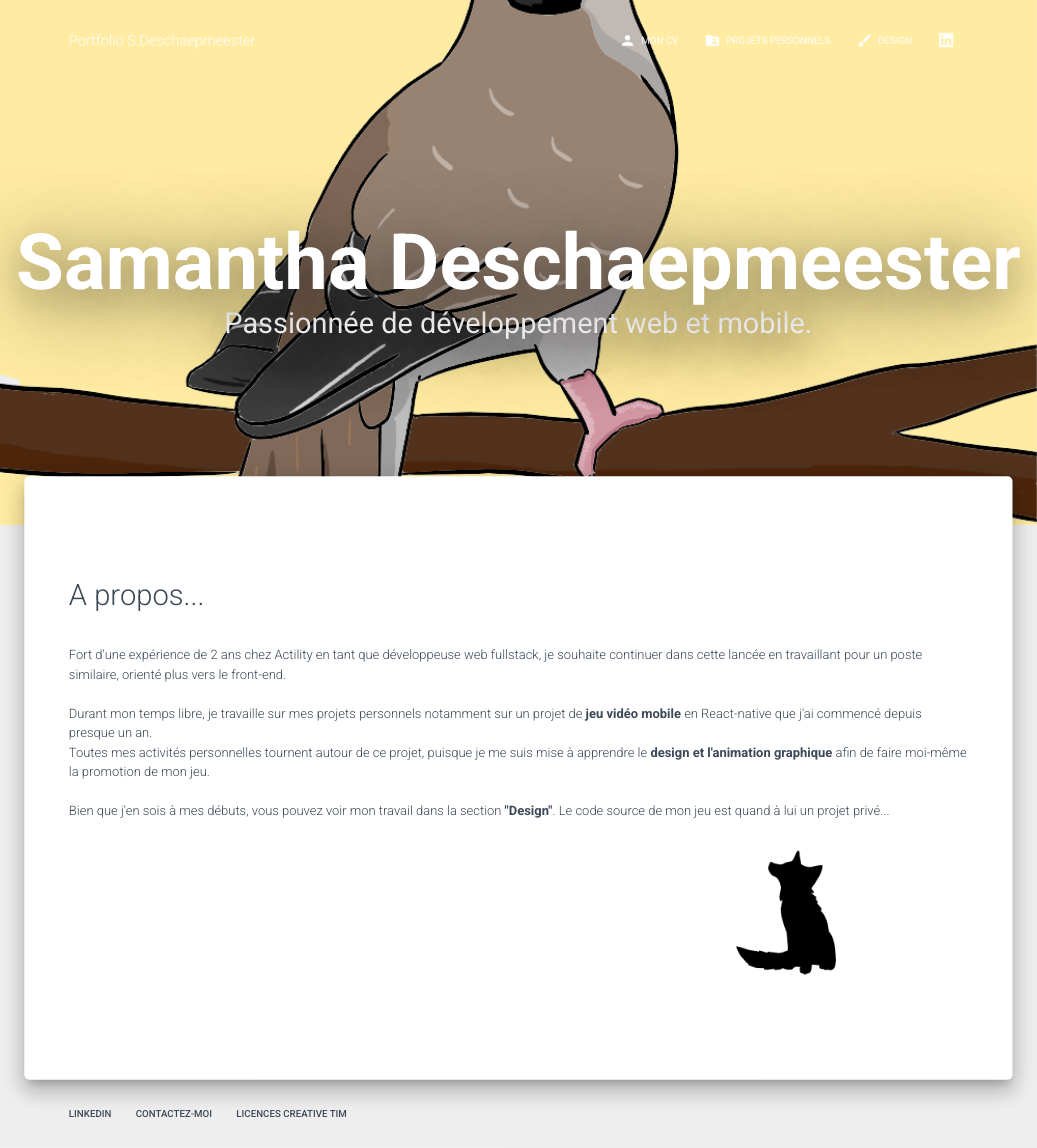
Repository: sdeschaepmeester/NewPortfolio
Page: /
An editor plug-in stored every save of this project. The page is shown before and after the next save, followed by the edit.
The browser window is 1280 px wide. The pictures show the whole page, at 81% of full size.
Some web libraries are served in a nearby version. The project was rebuilt for these pictures with package versions that can differ from the ones it lists, and the page was loaded fresh each time. Also part of the build but not shown: vue.config.js, src/views/components/NavigationSection.vue, src/views/components/SmallNavigationSection.vue, src/components/Dropdown.vue, src/components/Pagination.vue, src/components/Slider.vue, src/components/Badge.vue, src/components/cards/NavTabsCard.vue and 11 more.

Above is the page before, as saved 2022-06-19 23:23:40.

### src/views/Index.vue
<template>
  <div class="wrapper">
    <parallax class="page-header header-filter" :style="headerStyle">
      <div class="md-layout">
        <div class="md-layout-item">
          <div class="image-wrapper">
            <div class="brand">
              <h1>Samantha Deschaepmeester</h1>
              <h3>Passionnée de développement web et mobile.</h3>
            </div>
          </div>
        </div>
      </div>
    </parallax>
    <div class="main main-raised">
      <div class="section section-basic">
        <div class="container">
          <div class="title">
            <h2>A propos...</h2>
          </div>
          <a-propos/>
        </div>
      </div>
    </div>
  </div>
</template>

<script>
import APropos from "./components/APropos";
import Navigation from "./components/NavigationSection";
import SmallNavigation from "./components/SmallNavigationSection";
import Tabs from "./components/TabsSection";
import NavPills from "./components/NavPillsSection";
import Notifications from "./components/NotificationsSection";
import TypographyImages from "./components/TypographyImagesSection";
import JavascriptComponents from "./components/JavascriptComponentsSection";
import { LoginCard } from "@/components";

export default {
  components: {
    APropos,
  },
  name: "index",
  bodyClass: "index-page",
  props: {
    image: {
      type: String,
      default: require("@/assets/img/andrew.png")
    },
    leaf4: {
      type: String,
      default: require("@/assets/img/leaf4.png")
    },
    leaf3: {
      type: String,
      default: require("@/assets/img/leaf3.png")
    },
    leaf2: {
      type: String,
      default: require("@/assets/img/leaf2.png")
    },
    leaf1: {
      type: String,
      default: require("@/assets/img/leaf1.png")
    },
    signup: {
      type: String,
      default: require("@/assets/img/city.jpg")
    },
    landing: {
      type: String,
      default: require("@/assets/img/landing.jpg")
    },
    profile: {
      type: String,
      default: require("@/assets/img/profile.jpg")
    }
  },
  data() {
    return {
      firstname: null,
      email: null,
      password: null,
      leafShow: false
    };
  },
  methods: {
    leafActive() {
      if (window.innerWidth < 768) {
        this.leafShow = false;
      } else {
        this.leafShow = true;
      }
    }
  },
  computed: {
    headerStyle() {
      return {
        backgroundImage: `url(${this.image})`
      };
    },
    signupImage() {
      return {
        backgroundImage: `url(${this.signup})`
      };
    }
  },
  mounted() {
    this.leafActive();
    window.addEventListener("resize", this.leafActive);
  },
  beforeDestroy() {
    window.removeEventListener("resize", this.leafActive);
  }
};
</script>
<style lang="scss">
.section-download {
  .md-button + .md-button {
    margin-left: 5px;
  }
}

@media all and (min-width: 991px) {
  .btn-container {
    display: flex;
  }
}
</style>

### src/layout/MainFooter.vue
<template>
  <footer
    class="footer"
    :class="{ [`footer-${type}`]: type }"
    :data-background-color="backgroundColor"
  >
    <div class="container">
      <nav>
        <ul>
          <li>
            <a href="https://www.linkedin.com/in/samantha-deschaepmeester/">
              LinkedIn
            </a>
          </li>
          <li>
            <a href="mailto:deschaepmeester.samantha@gmail.com">
              Contactez-moi
            </a>
          </li>
          <li>
            <a href="https://www.creative-tim.com/license">
              Licences Creative Tim
            </a>
          </li>
        </ul>
      </nav>
    </div>
  </footer>
</template>
<script>
export default {
  props: {
    backgroundColor: String,
    type: String
  },
  data() {
    return {
      year: new Date().getFullYear()
    };
  }
};
</script>
<style></style>

### src/views/components/APropos.vue
<template>
  <div class="wrapper">
    Fort d'une expérience de 2 ans chez Actility en tant que développeuse web fullstack, je souhaite continuer dans cette lancée en
    travaillant pour un poste similaire, orienté plus vers le front-end.
    <br/><br/>
    Durant mon temps libre, je travaille sur mes projets personnels notamment sur un projet de <span style="font-weight:bold">jeu vidéo mobile</span> en React-native que j'ai
    commencé depuis presque un an.
    <br/>
    Toutes mes activités personnelles tournent autour de ce projet, puisque je me suis mise à apprendre le <span style="font-weight:bold">design et l'animation graphique</span>
    afin de faire moi-même la promotion de mon jeu.
    <br/><br/>
    Bien que j'en sois à mes débuts, vous pouvez voir mon travail dans la section <span style="font-weight:bold">"Design"</span>.
    Le code source de mon jeu est quand à lui un projet privé...
    <img src="../../assets/img/fox-silhouette.png" style="height: 250px; display:block; float:right" />
  </div>
</template>

<style lang="scss" scoped>
.vertical-center {
  display: flex;
  align-items: center;
}
.flex-column {
  display: flex;
  flex-direction: column;
}
.md-checkbox,
.md-radio {
  display: flex;
  margin: 0;
  margin-bottom: 0.5rem;
}
</style>

### src/assets/scss/material-kit/_typography.scss
body, h1, h2, h3, h4, h5, h6, .h1, .h2, .h3, .h4 {
  font-family: $font-family-sans-serif;
  font-weight: 300;
}

h1,h2,h3,.h1,.h2,.h3{
    margin-top: 20px;
    margin-bottom: 10px;
}

h4,h5,h6,.h4,.h5,.h6{
    margin-top: 10px;
    margin-bottom: 10px;
}

h1, .h1 {
    font-size: $font-size-h1;
    line-height: 1.15em;
}
h2, .h2{
    font-size: $font-size-h2;
    line-height: 1.5em;
}
h3, .h3{
    font-size: $font-size-h3;
    line-height: 1.4em;
}
h4, .h4{
    font-size: $font-size-h4;
    line-height: 1.5em;
}
h5, .h5 {
    font-size: $font-size-h5;
    line-height: 1.55em;
    margin-bottom: 15px;
}
h6, .h6{
    font-size: $font-size-h6;
    text-transform: uppercase;
    font-weight: $font-weight-bold;
}

p{
    font-size: $font-paragraph;
    margin: 0 0 10px;
}

h2.title{
    margin-bottom: $margin-base * 2;
}

.title,
.card-title,
.info-title,
.footer-brand,
.footer-big h5,
.footer-big h4,
.media .media-heading{
    font-weight: $font-weight-extra-bold;
    font-family: $font-family-serif;

    &,
    a{
        color: $black-color;
        text-decoration: none;
    }
}

.description,
.card-description,
.footer-big p{
    color: $gray-light;
}

.text-warning {
  color: $brand-warning !important;
}
.text-primary {
  color: $brand-primary !important;
}
.text-danger {
  color: $brand-danger !important;
}
.text-success {
  color: $brand-success !important;
}
.text-info {
  color: $brand-info !important;
}
.text-gray{
  color: $gray-color !important;
}
.text-muted {
  color: #6c757d!important;
}

### src/assets/scss/material-kit/_carousel.scss
.VueCarousel-pagination {
  position: absolute;
  bottom: 5px;
  margin-bottom: 15px;
}

.VueCarousel-wrapper {
  border-radius: $border-radius-large;
}

.VueCarousel-dot {
  width: 10px !important;
  height: 10px !important;
  padding: 0 !important;
  margin: 10px;
  border: 1px solid #fff;
  background: #FFF !important;
  box-shadow: 0 2px 2px 0 rgba(0,0,0,.14), 0 3px 1px -2px rgba(0,0,0,.12), 0 1px 5px 0 rgba(0,0,0,.2);
  border-radius: 2px !important;
  transition: all .3s linear;

  &:focus {
    outline: 0 !important;
  }
}

.VueCarousel-dot--active {
  margin-top: 10px;
  transform: scale(1.5);
  box-shadow: 0 4px 5px 0 rgba(0,0,0,.14), 0 1px 10px 0 rgba(0,0,0,.12), 0 2px 4px -1px rgba(0,0,0,.2);
}

.carousel-caption {
  position: absolute;
  bottom: 25px;
  left: 0;
  right: 0;
  text-align: center;
  padding-top: 20px;
  padding-bottom: 45px;

  &,
  .md-icon,
  .fa,
  .fab,
  .fas {
    color: $white-color !important;
  }
}

.VueCarousel-navigation-prev {
  left: 95px !important;

}

.VueCarousel-navigation-next {
  right: 95px !important;
}

.VueCarousel-navigation-prev i,
.VueCarousel-navigation-next i {
  font-size: 50px;
  color: $white-color !important;
  opacity: .5;

  &:hover {
    opacity: 1;
  }
}

.VueCarousel-slide {
  position: relative;
}

### src/assets/scss/material-kit/_autocomplete.scss
.md-menu-content:not(.md-select-menu) .md-menu-content-container .md-list {
  .md-list-item {
    margin: 0 .3125rem;

    &:not(:last-child) {
      margin-bottom: 5px;
    }

    .md-list-item-button {
      background-color: transparent;
      color: $gray-dark !important;
      border-radius: 3px;

      &:hover {
        background-color: $brand-primary !important;
        @include shadow-big-color($brand-primary);
        color: #FFF !important;
      }

      .md-list-item-content {
        min-height: 38px;
        font-size: 13px;

        span {
          top: auto;
          left: auto;
          right: 0;
          padding-left: 15px;
          padding-right: 15px;
        }
      }
    }
  }
}

### src/assets/scss/material-kit/_info-areas.scss
.info{
    max-width: 360px;
    margin: 0 auto;
    padding: 70px 0 30px;

    .icon{
        color: $gray-color;

        > i{
            font-size: 3.85rem !important;
            min-width: auto;
            width: auto;
            height: auto;
            vertical-align: unset;
        }
    }
    .info-title{
        color: $black-color;
        margin: 0.875rem * 2 0 0.875rem;
    }
    p{
        color: $gray-color;
    }
}

.info-horizontal{
    .icon{
        float: left;
        margin-top: 24px;
        margin-right: 10px;

        >i{
            font-size: $font-size-h2;
        }
    }
    .description{
        overflow: hidden;
    }

}

.icon {

  &.icon-primary i{
    color: $brand-primary !important;
    }
  &.icon-info i{
    color: $brand-info !important;
  }
  &.icon-success i{
    color: $brand-success !important;
  }
  &.icon-warning i{
    color: $brand-warning !important;
  }
  &.icon-danger i{
    color: $brand-danger !important;
  }
  &.icon-rose i{
    color: $brand-rose !important;
}
}

### src/assets/scss/material-kit/_badges.scss
.badge {
  display: inline-block;
  border-radius: $border-radius-label;
  padding: 5px 12px;
  text-transform: uppercase;
  font-size: 10px;
  color: $white-color;
  font-weight: 500;
  line-height: 1;
  text-align: center;
  white-space: nowrap;
  vertical-align: baseline;

  &:not(:last-child) {
    margin-right: 5px;
  }

  @include badge-color();
}


.badge-default[href]:hover,
.badge-default[href]:focus {
  background-color: darken($gray-light, 5%);
}

.badge-primary[href]:hover,
.badge-primary[href]:focus {
  background-color: darken($brand-primary, 5%);
}

.badge-info[href]:hover,
.badge-info[href]:focus {
  background-color: darken($brand-info, 5%);
}

.badge-success[href]:hover,
.badge-success[href]:focus {
  background-color: darken($brand-success, 5%);
}

.badge-warning[href]:hover,
.badge-warning[href]:focus {
  background-color: darken($brand-warning, 5%);
  color: $white-color;
}

.badge-danger[href]:hover,
.badge-danger[href]:focus {
  background-color: darken($brand-danger, 5%);
}
.badge-rose[href]:hover,
.badge-rose[href]:focus {
  background-color: darken($brand-rose, 5%);
}

### src/assets/scss/material-kit/_tables.scss
.md-table-cell-container{
  padding: 0;
  .md-table-cell:last-child &{
    padding-right: 0;
    text-align: right;
    display: flex;
  }
}
.md-table-head-container{
  height: auto;
  padding: 0;
}
.md-tabs-content table thead{
  display: none;
}

.md-tabs-container tbody .md-table-row:first-child td{
  border: 0;
}

.md-table-cell{
  padding: 12px 8px;
  font-size: $font-size-base;
}

.md-table-head-label{
  font-size: $font-size-h5;
  padding-left: 8px;
  font-weight: 300;
}

.md-table .md-table-row:hover .md-table-cell{
  background-color: transparent !important;
}

.md-table .md-table-row:hover{
  background: $table-bg-hover !important;
}

.md-card-plain .md-card-content > div .md-table .md-table-content,
.md-card-plain .md-card-content > div .md-table {
  background-color: transparent !important;
}

.md-table{
  &[table-header-color="orange"] .md-table-head{
    color: $brand-warning !important;
  }
  &[table-header-color="purple"] .md-table-head{
    color: $brand-primary !important;
  }
  &[table-header-color="blue"] .md-table-head{
    color: $brand-info !important;
  }
  &[table-header-color="red"] .md-table-head{
    color: $brand-danger !important;
  }
  &[table-header-color="green"] .md-table-head{
    color: $brand-success !important;
  }

  .md-table-row td{
    border-top-color: rgba(0,0,0,.06) !important;
  }
}

### src/assets/scss/material-kit/_headers.scss
.page-header{
    height: 100vh;
    background-position: center center;
    background-size: cover;
    margin: 0;
    padding: 0;
    border: 0;
    display: flex;
    align-items: center;
    justify-content: center;

    .carousel .carousel-indicators{
        bottom: 60px;
    }

    > .container{
        color: $white-color;
    }

    .title{
        color: $white-color;
    }

    &.header-small{
        height: 65vh;
        min-height: 65vh;
    }

    .iframe-container{
        iframe{
            width: 100%;
            box-shadow: 0 16px 38px -12px rgba(0, 0, 0, 0.56),
                        0 4px 25px 0px rgba(0, 0, 0, 0.12),
                        0 8px 10px -5px rgba(0, 0, 0, 0.2);
        }
    }
}

.header-filter{
    position: relative;

    &:before,
    &:after{
        position: absolute;
        z-index: 1;
        width: 100%;
        height: 100%;
        display: block;
        left: 0;
        top: 0;
        content: "";
    }

    .md-layout{
        z-index: 2;
        position: relative;
    }
}
.clear-filter::before {
  background: none;
}

.purple-filter:after{
  background: rgba(101, 47, 142, 0.64);
  background: linear-gradient(45deg, rgba(101, 47, 142, 0.88) 0%, rgba(125, 46, 185, 0.45) 100%);
  background: -moz-linear-gradient(135deg, rgba(101, 47, 142, 0.88) 0%, rgba(125, 46, 185, 0.45) 100%);
  background: -webkit-linear-gradient(135deg, rgba(101, 47, 142, 0.88) 0%, rgba(125, 46, 185, 0.45) 100%);
}

### src/assets/scss/material-kit/_checkboxes.scss
.md-checkbox{
  .md-checkbox-container{
    border: 1px solid rgba(0, 0, 0, .54);
    border-radius: 3px;

    .md-ripple{
      overflow: hidden;
    }
  }

  &.md-checked .md-checkbox-container{
    &:after{
      border-color: $brand-primary !important;
      top: 1px;
      left: 6px;
    }
  }

  .md-checkbox-label{
    font-weight: 400;
    font-size: .875rem;
    color: #aaa;
    padding-left: 10px;
  }

  &.md-theme-default.md-checked .md-checkbox-container{
    background-color: transparent !important;
    border-color: inherit;
  }

  &.md-theme-default.md-checked .md-ripple{
    color: inherit;
  }

  &.md-disabled .md-checkbox-label,
  &.md-disabled .md-checkbox-container{
    opacity: .26;
    border-color: rgba(0, 0, 0, .54) !important;
  }

  &.md-checked.md-disabled .md-checkbox-container{
    background-color: transparent !important;
    border-color: rgba(0, 0, 0, .54) !important;
    opacity: .26;

    &:after{
      border-color: rgba(0, 0, 0, .54) !important;
    }
  }
}

### src/assets/scss/material-kit/_togglebutton.scss
.md-switch .md-switch-thumb .md-ripple,
.md-switch .md-switch-thumb:before {
  overflow: hidden;
}

.md-switch {
  display: flex;
  margin: 0;

  .md-switch-label {
    color: rgba(0,0,0,.26);
    font-size: 14px;
    line-height: 1.42857;
    font-weight: 400;
    margin-bottom: .5rem;
  }

  .md-switch-container{
    background-color: rgba(80,80,80,.7) !important;
  }

  .md-switch-thumb {
    background-color: $white-color !important;
    border: 1px solid rgba(0,0,0,.54);
    box-shadow: 0 1px 3px 1px rgba(0,0,0,.4);

    .md-ripple .md-ripple-wave{
      background-color: rgba(0,0,0,.54) !important;
    }
  }

  &.md-checked {
    .md-switch-thumb {
      border: 1px solid $brand-primary;

      .md-ripple .md-ripple-wave{
        background-color: rgba(156,39,176,.7) !important;
      }
    }

    .md-switch-container {
      background-color: rgba(156,39,176,.7) !important;
    }
  }
}

### src/assets/scss/material-kit/_radios.scss
.md-radio{

  .md-radio-label{
    padding-left: 10px;
    color: #aaa;
    font-size: .875rem;
    font-weight: 400;
  }

  .md-radio-container{
    border: 1px solid rgba(0,0,0,.54) !important;
    width: 15px;
    min-width: 15px;
    height: 15px;
    top: 2px;
    transition: .2s !important;

    &:after{
      transform: scale3D(0,0,0);
      transition: .2s !important;
      right: 2px;
      bottom: 2px;
      top: 2px;
      left: 2px;
      border-radius: 100%;
    }

    .md-ripple{
      overflow: hidden;

      .md-ripple-wave{
        background-color: $brand-primary;
      }
    }
  }

  &.md-checked .md-radio-container{
    border-color: $brand-primary !important;

    &:after{
      background-color: $brand-primary !important;
    }
  }

  &.md-disabled .md-radio-label,
  &.md-disabled .md-radio-container{
    opacity: .26;
    border-color: rgba(0, 0, 0, .54) !important;
  }

  &.md-checked.md-disabled .md-radio-container{
    background-color: transparent !important;
    border-color: rgba(0, 0, 0, .54) !important;
    opacity: .26;

    &:after{
      background-color: rgba(0, 0, 0, .54) !important;
    }
  }
}

### src/assets/scss/material-kit/_footers.scss
footer{
    padding: $padding-base 0;

    nav,
    .copyright{
      display: inline-block;
    }

    ul{
    padding: 0;
    margin: 0;
    list-style: none;

        li{
            display: inline-block;

            a{
                color: inherit !important;
                padding: $padding-base;
                font-weight: $font-weight-bold;
                font-size: $mdb-btn-font-size-base;
                text-transform: uppercase;
                border-radius: $border-radius-base;
                text-decoration: none;
                position: relative;
                display: block;

                &:hover{
                    text-decoration: none;
                }
            }

          &:first-child a{
            margin-left: -15px;
          }
        }
    }

    .copyright{
        padding: 15px 0;
        margin: 0;
        .md-icon{
            font-size: 18px !important;
            color: inherit !important;
            width: auto !important;
            min-width: auto !important;

        }
    }
}

### src/assets/scss/material-kit/_tabs.scss
.md-tabs-navigation{
  @include shadow-big();
  margin: -50px -15px 0 -15px;
  border-radius: $border-radius-base;
  padding: $padding-base + 1 $padding-base $padding-base + 1 75px;
  background-color: $gray-color;
  overflow: auto;

  .md-icon-label .md-button-content{
    flex-direction: row;
  }

  & + .md-tabs-content{
    .md-checkbox.md-checked .md-checkbox-container:after{
      top: 0px;
      left: 5px;
    }
    .md-tab {
      text-align: center;
    }
  }

  .no-label & {
    padding-left: 15px;
  }


  .md-button,
  .md-button:hover,
  .md-button:focus,
  .md-button:active {
    background-color: transparent !important;
    box-shadow: none;
  }

  .md-active,
  .md-active:hover,
  .md-active:focus{
    background-color: rgba(255, 255, 255, 0.2) !important;
    box-shadow: none;
  }

  .md-button{
    height: auto;
    border-radius: 3px;
    font-weight: 500;
    line-height: 24px;
    text-transform: uppercase;
    font-size: 12px;

    &:not(:last-child){
      margin-right: 5px;
    }

    .md-tab-icon + .md-tab-label{
      margin-top: 0px;
      margin-left: 7px;
    }

    .md-ripple{
      padding: 10px 15px !important;
    }
  }
}

.md-tabs-indicator{
  display: none;
}

.md-nav-tabs-title{
  position: absolute;
  z-index: 9999;
  top: 6px;
  color: white;
  font-size: initial;
  margin-left: 15px;
}

.md-tab{
  padding: 15px 0 0 0;
}

.md-card-nav-tabs.md-card-plain {
  .md-content.md-theme-default {
    background-color: transparent;
  }
}

### src/components/Parallax.vue
<template>
  <div :style="styles">
    <slot></slot>
  </div>
</template>
<script>
function debounce(func, wait, immediate) {
  let timeout;
  return function() {
    const context = this,
      args = arguments;
    clearTimeout(timeout);
    timeout = setTimeout(() => {
      timeout = null;
      if (!immediate) func.apply(context, args);
    }, wait);
    if (immediate && !timeout) func.apply(context, args);
  };
}
export default {
  name: "parallax",
  data() {
    return {
      styles: {},
      debounceTimeout: 6
    };
  },
  methods: {
    handleScroll(scrollVal) {
      let oVal = scrollVal / 3;
      this.styles = {
        transform: `translate3d(0, ${oVal}px,0)`
      };
    },
    checkForParallax(scrollVal) {
      let fn = debounce(
        () => this.handleScroll(scrollVal),
        this.debounceTimeout
      );
      fn();
    }
  },
  mounted() {
    let self = this;
    window.addEventListener("scroll", function() {
      if (window.innerWidth > 991) {
        let scrollVal = this.scrollY;
        self.checkForParallax(scrollVal);
      }
    });
  }
};
</script>

Loaded but not shown: public/index.html (common file); src/main.js (common file); src/App.vue (common file); src/plugins/material-kit.js (common file); src/plugins/globalDirectives.js (common file); src/plugins/globalMixins.js (common file); src/plugins/globalComponents.js (common file); src/components/index.js (common file); src/layout/MobileMenu.vue (common file); src/assets/scss/material-kit/mixins/_transparency.scss (common file); src/assets/scss/material-kit/plugins/_perfect-scrollbar.scss (common file); src/assets/scss/material-kit/plugins/_plugin-nouislider.scss (common file); src/assets/scss/material-kit/_images.scss (common file); src/assets/scss/material-kit/_progress.scss (common file); src/assets/scss/material-kit/_layout.scss (common file); src/router.js (57 lines, source omitted); src/assets/scss/material-kit/_variables.scss (1135 lines, source omitted); src/assets/scss/material-kit/_cards.scss (546 lines, source omitted); src/assets/scss/material-kit/_colors.scss (339 lines, source omitted); src/assets/scss/material-kit/_mixins.scss (393 lines, source omitted); src/assets/scss/material-kit/_responsive.scss (460 lines, source omitted); src/layout/MainNavbar.vue (272 lines, source omitted); src/assets/scss/material-kit/_navbars.scss (404 lines, source omitted); src/assets/scss/material-kit/mixins/_vendor-prefixes.scss (176 lines, source omitted); src/assets/scss/material-kit/_inputs.scss (296 lines, source omitted); src/assets/scss/material-kit/_shadows.scss (148 lines, source omitted); src/assets/scss/material-kit/_buttons.scss (242 lines, source omitted); src/assets/scss/material-kit/_popups.scss (164 lines, source omitted); src/assets/scss/material-kit/_example-pages.scss (170 lines, source omitted); src/assets/scss/material-kit/_dropdown.scss (151 lines, source omitted); src/assets/scss/material-kit/_pagination.scss (125 lines, source omitted); src/assets/demo.css (206 lines, source omitted); src/assets/scss/material-kit/_pills.scss (117 lines, source omitted); src/assets/scss/material-kit/_misc.scss (160 lines, source omitted); src/assets/scss/material-kit/_alerts.scss (104 lines, source omitted); src/assets/scss/material-kit/_datepicker.scss (104 lines, source omitted); src/assets/scss/material-kit.scss (58 lines, source omitted); src/assets/scss/material-kit/_dialogs.scss (113 lines, source omitted)

After the next save:
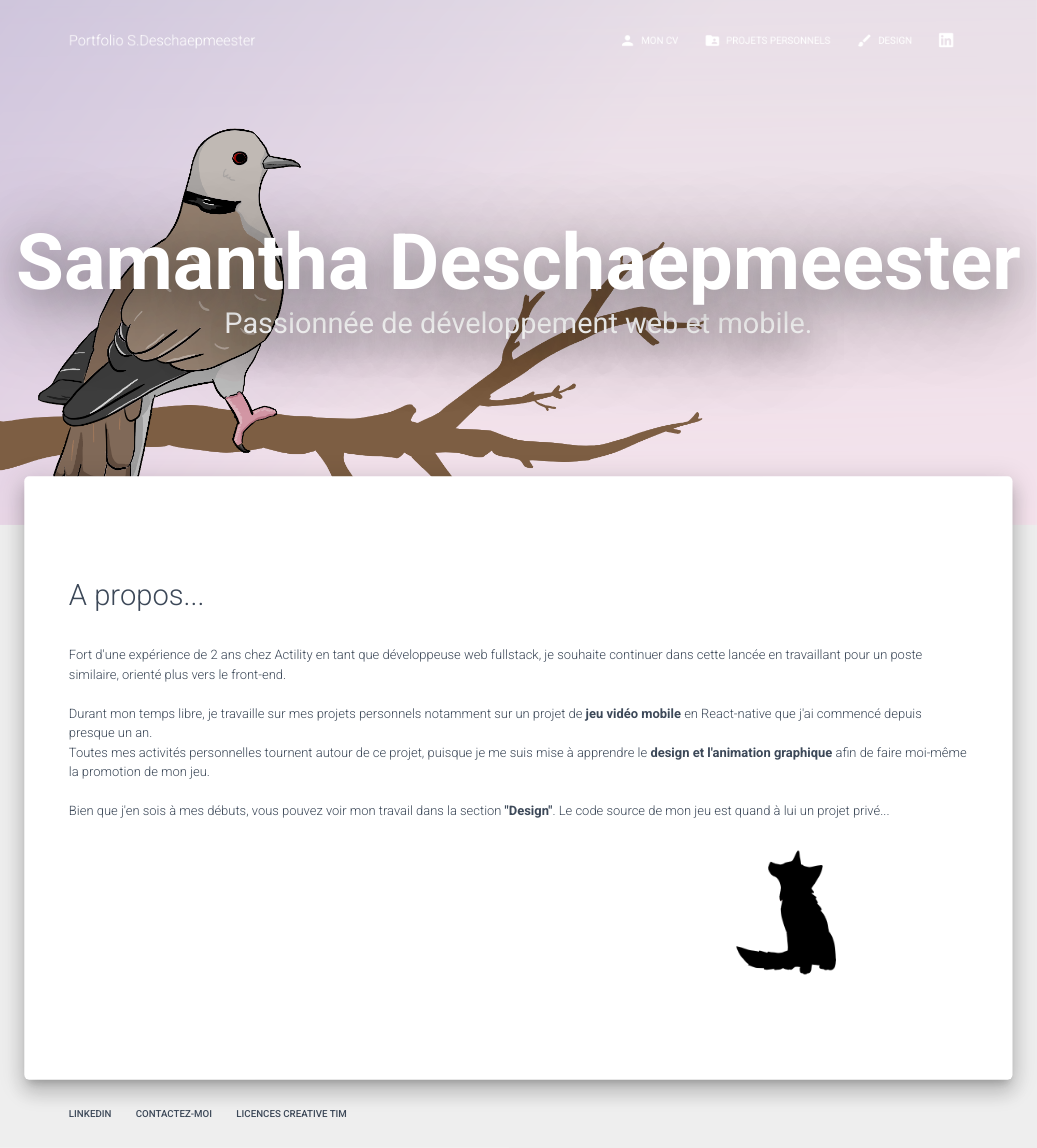
Saved 13 days later.
--- a/src/views/Index.vue
+++ b/src/views/Index.vue
@@ -45,7 +45,7 @@ export default {
   props: {
     image: {
       type: String,
-      default: require("@/assets/img/andrew.png")
+      default: require("@/assets/img/wallpaper.png")
     },
     leaf4: {
       type: String,
